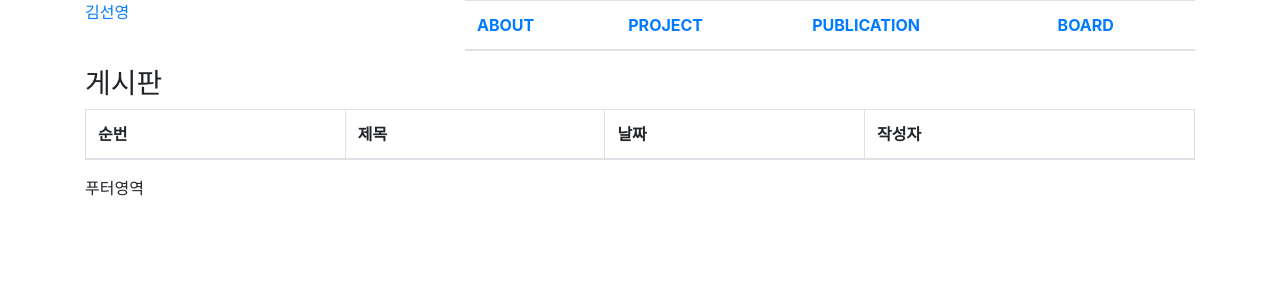
Repository: supremest35/web-projects
Page: http://localhost/noticeboard/board/list.jsp
The author's editor kept a copy of each file at every save. The page is drawn from the files as they stood at one save, then again after the next save.
The browser window is 1280 px wide. The pictures show the whole page.
The page is served by Tomcat 9. Other server files are loaded and not shown.

Above is the page before, as saved 2020-12-06 03:36:42.

### noticeboard/WebContent/board/list.jsp
<%@ page language="java" contentType="text/html; charset=UTF-8"
    pageEncoding="UTF-8"%>
<!DOCTYPE html>
<html lang="ko">
<head>
  <title>Bootstrap 4 Example</title>
  <meta charset="utf-8">
  <meta name="viewport" content="width=device-width, initial-scale=1">
  <link rel="stylesheet" href="https://maxcdn.bootstrapcdn.com/bootstrap/4.5.2/css/bootstrap.min.css">
  <script src="https://ajax.googleapis.com/ajax/libs/jquery/3.5.1/jquery.min.js"></script>
  <script src="https://cdnjs.cloudflare.com/ajax/libs/popper.js/1.16.0/umd/popper.min.js"></script>
  <script src="https://maxcdn.bootstrapcdn.com/bootstrap/4.5.2/js/bootstrap.min.js"></script>
</head>
<body>
<div class="container">
	<div class="row">
		<div class="col-2"><a href="index.jsp">김선영</a></div>
		<div class="col-2"></div>
		<div class="col-8">
			<table class="table">
				<thead>
					<tr>
						<th><a href="">ABOUT</a></th>
						<th><a href="">PROJECT</a></th>
						<th><a href="">PUBLICATION</a></th>
						<th><a href="board/list.jsp">BOARD</a></th>
					</tr>
				</thead>
			</table>
		</div>
	</div>
	<div class="row">
		<div class="col-12"><h3>게시판</h3></div>
		<div class="col-12">
			<table class="table table-bordered">
				<thead>
					<tr>
						<th>순번</th>
						<th colspan="3">제목</th>
						<th>날짜</th>
						<th>작성자</th>
					</tr>
				</thead>
			</table>
		</div>
	</div>
	<div class="row">
		<div class="col-12">푸터영역</div>
	</div>
</div>
</body>
</html>

After the next save:
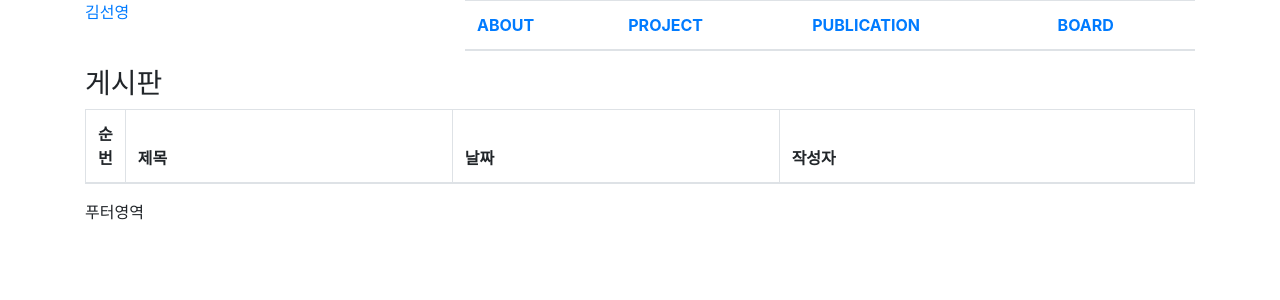
Saved 2 min 31 s later.
--- a/noticeboard/WebContent/board/list.jsp
+++ b/noticeboard/WebContent/board/list.jsp
@@ -35,8 +35,8 @@
 			<table class="table table-bordered">
 				<thead>
 					<tr>
-						<th>순번</th>
-						<th colspan="3">제목</th>
+						<th style="width:20px;">순번</th>
+						<th>제목</th>
 						<th>날짜</th>
 						<th>작성자</th>
 					</tr>
